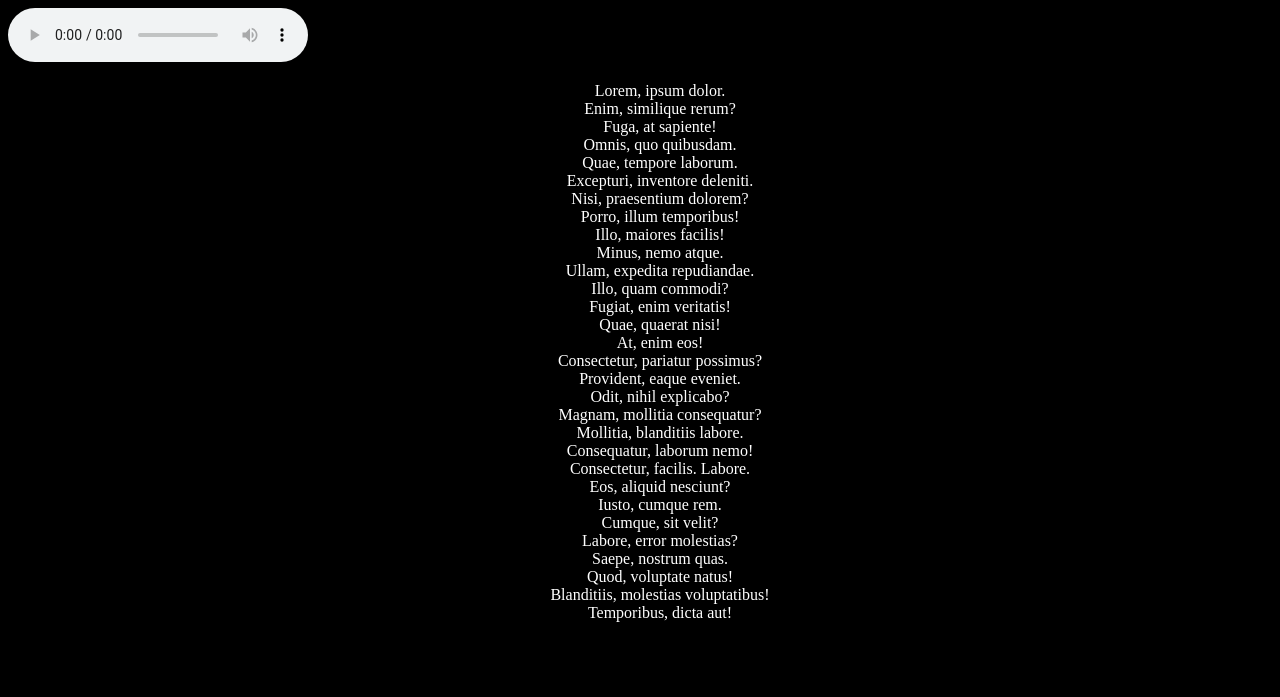
Repository: zhaojunyan9528/music-scroll
Page: index.html
The author's editor kept a copy of each file at every save. The page is drawn from the files as they stood at one save, then again after the next save.
The browser window is 1280 px wide. The pictures show the whole page.

Above is the page before, as saved 2023-11-23 13:36:18.

### index.html
<!DOCTYPE html>
<html lang="en">
<head>
  <meta charset="UTF-8">
  <meta name="viewport" content="width=device-width, initial-scale=1.0">
  <title>Music</title>
  <link rel="stylesheet" href="./css/index.css">
</head>
<body>
  <audio src="./assets/music.mp3" controls></audio>
  <div class="container">
    <ul class="lrc-list">
      <li>Lorem, ipsum dolor.</li>
      <li>Enim, similique rerum?</li>
      <li>Fuga, at sapiente!</li>
      <li>Omnis, quo quibusdam.</li>
      <li>Quae, tempore laborum.</li>
      <li>Excepturi, inventore deleniti.</li>
      <li>Nisi, praesentium dolorem?</li>
      <li>Porro, illum temporibus!</li>
      <li>Illo, maiores facilis!</li>
      <li>Minus, nemo atque.</li>
      <li>Ullam, expedita repudiandae.</li>
      <li>Illo, quam commodi?</li>
      <li>Fugiat, enim veritatis!</li>
      <li>Quae, quaerat nisi!</li>
      <li>At, enim eos!</li>
      <li>Consectetur, pariatur possimus?</li>
      <li>Provident, eaque eveniet.</li>
      <li>Odit, nihil explicabo?</li>
      <li>Magnam, mollitia consequatur?</li>
      <li>Mollitia, blanditiis labore.</li>
      <li>Consequatur, laborum nemo!</li>
      <li>Consectetur, facilis. Labore.</li>
      <li>Eos, aliquid nesciunt?</li>
      <li>Iusto, cumque rem.</li>
      <li>Cumque, sit velit?</li>
      <li>Labore, error molestias?</li>
      <li>Saepe, nostrum quas.</li>
      <li>Quod, voluptate natus!</li>
      <li>Blanditiis, molestias voluptatibus!</li>
      <li>Temporibus, dicta aut!</li>
    </ul>
  </div>
</body>
</html>

### css/index.css
body {
  background-color: black;
}
.container {
  color: white;
}
li {
  list-style: none;
  text-align: center;
}

After the next save:
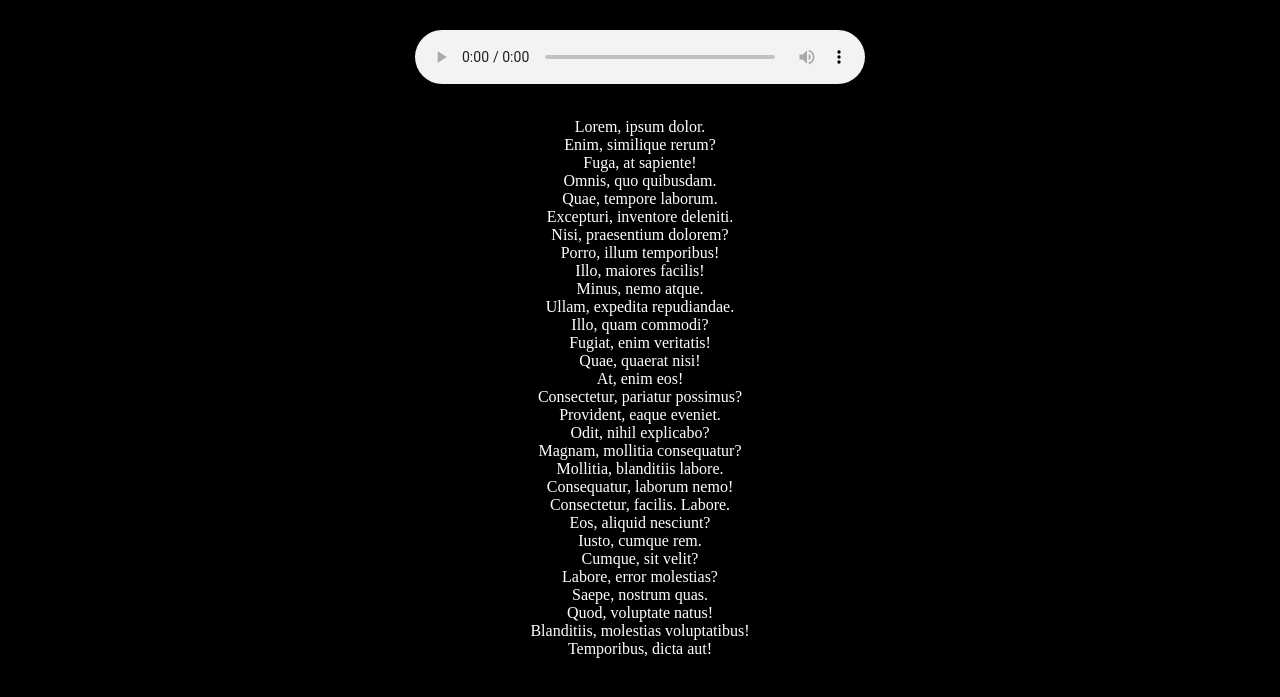
Saved 77 s later.
--- a/css/index.css
+++ b/css/index.css
@@ -1,10 +1,19 @@
+* {
+  margin: 0;
+  padding: 0;
+}
 body {
   background-color: black;
+  color: #666;
+  text-align: center;
+}
+audio {
+  width: 450px;
+  margin: 30px 0;
 }
 .container {
   color: white;
 }
 li {
   list-style: none;
-  text-align: center;
 }
